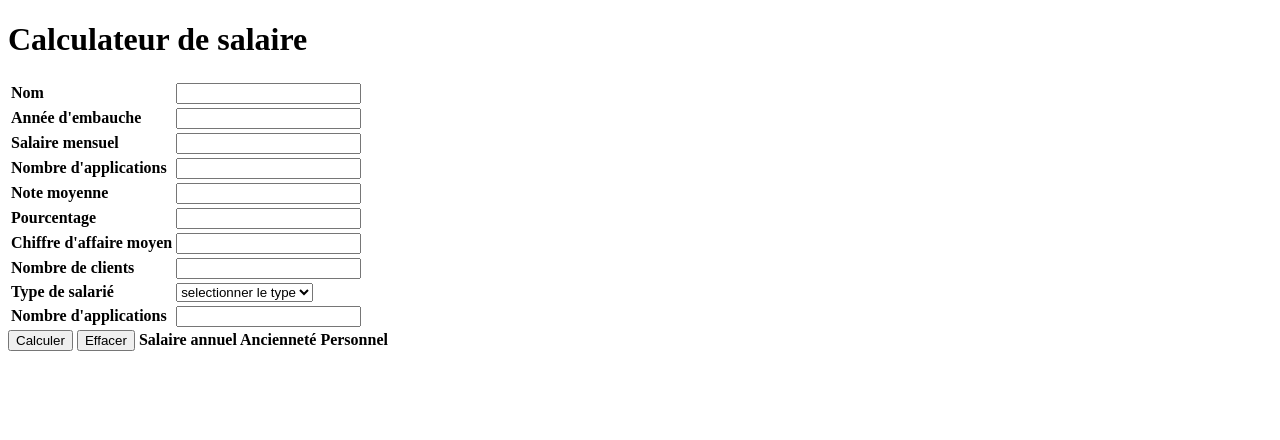
Repository: AgatheLM/formation_js
Page: insee-travaux-js/insee-client-js/tp2.html
These files come from the project's save history. The page is drawn as it stood at one moment and after the next save; the edit follows.
The browser window is 1280 px wide. The pictures show the whole page.

Above is the page before, as saved 2018-01-25 10:15:06.

### insee-travaux-js/insee-client-js/tp2.html
<!DOCTYPE html>
<html>
<head>
	<meta charset="utf-8">
	<meta http-equiv="X-UA-Compatible" content="IE=edge">
	<title>TP 2</title>
	<script type="text/javascript" src="scripts/TP2/classe.js"></script>
</head>

<body>
<h1> Calculateur de salaire</h1>
<form>
	<table>
		<tbody>
			<tr>
				<td> <label for="nom"> <strong> Nom </strong> </label></td>
				<td> <input type="text" id="nom" name="nom" value=""> </td>
			</tr>
			<tr>
				<td> <label for="anEmbauche"> <strong> Année d'embauche </strong> </label></td>
				<td> <input type="text" id="anEmbauche" name="anEmbauche" value=""> </td>
			</tr>
			<tr>
				<td> <label for="salaireM"> <strong> Salaire mensuel </strong> </label></td>
				<td> <input type="text" id="salaireM" name="salaireM" value=""> </td>
			</tr>
			<tr>
				<td> <label for="nbAppli"> <strong> Nombre d'applications </strong> </label></td>
				<td> <input type="text" id="nbAppli" name="nbAppli" value=""> </td>
			</tr>
			<tr>
				<td> <label for="note"> <strong> Note moyenne </strong> </label></td>
				<td> <input type="text" id="note" name="note" value=""> </td>
			</tr>
			<tr>
				<td> <label for="pourcent"> <strong> Pourcentage </strong> </label></td>
				<td> <input type="text" id="pourcent" name="pourcent" value=""> </td>
			</tr>
			<tr>
				<td> <label for="caMoy"> <strong> Chiffre d'affaire moyen </strong> </label></td>
				<td> <input type="text" id="caMoy" name="caMoy" value=""> </td>
			</tr>
			<tr>
				<td> <label for="nbClient"> <strong> Nombre de clients </strong> </label></td>
				<td> <input type="text" id="nbClient" name="nbClient" value=""> </td>
			</tr>
			<tr>
				<td> <label for="typeSalarie"> <strong>Type de salarié </strong> </label></td>
				<td><select name="typeSalarie" id="typeSalarie">
							<option value="none">selectionner le type</option>
							<option value="dev">Developpeur</option>
							<option value="com">Commercial</option>
					</select></td>
			</tr>
			<tr>
				<td> <label for="nbAppli"> <strong> Nombre d'applications </strong> </label></td>
				<td> <input type="text" id="nbAppli" name="nbAppli" value=""> </td>
			</tr>
		</tbody>
	</table>
	<input type="button" value="Calculer" onClick="calculer()">
	<input type="reset" value="Effacer" onClick="effacer()">
	<label for="salAn"> <strong> Salaire annuel </strong> </label>
	<label id="salAn" name="salAn">  </label>
	<label for="anciennete"> <strong> Ancienneté </strong> </label>
	<label id="anciennete" name="anciennete"> </label>
	<label for="persoString"> <strong> Personnel </strong> </label>
	<label id="persoString" name="persoString"> </label>

</form>
</body>

### insee-travaux-js/insee-client-js/scripts/TP2/classe.js
/*******************************************************************************
 * Personnel *
 ******************************************************************************/

function Personnel(nom, anEmbauche, salaireM) {
	// Attributs
	this.nom = nom;
	this.anEmbauche = anEmbauche;
	this.salaireM = salaireM;
}

//Méthodes
Personnel.prototype.getSalaireA = function() {
	return 12 * this.salaireM;
}
Personnel.prototype.getAnciennete = function() {
	var today=new Date();
	var anneeEnCours = today.getFullYear();
	return anneeEnCours-anAmbauche;
}

/*******************************************************************************
 * Developpeur *
 ******************************************************************************/

function Developpeur(nom, anEmbauche, salaireM, nbApp, note) {
	// Attributs parents
	Personnel.call(this, nom, anEmbauche, salaireM);
	// Attributs propres
	this.nbApp = nbApp;
	this.note = note;
}

/*******************************************************************************
 * Commercial *
 ******************************************************************************/

function Commercial(nom, anEmbauche, salaireM, nbClient, caMoy) {
	// Attributs parents
	Personnel.call(this, nom, anEmbauche, salaireM);
	// Attributs propres
	this.nbClient = nbClient;
	this.caMoy = caMoy;
}

//Méthodes
/**On instancie le fait que commercial est une instance de personnel pour pouvoire hériter des méthodes*/
Commercial.prototype= new Personnel();
Commercial.prototype.getSalaireA = function(pourcentage){
	var salaireA = this.constructor.prototype.getSalaireA.call(this);
	return salaireA + (this.caMoy*pourcentage/100);
}

After the next save:
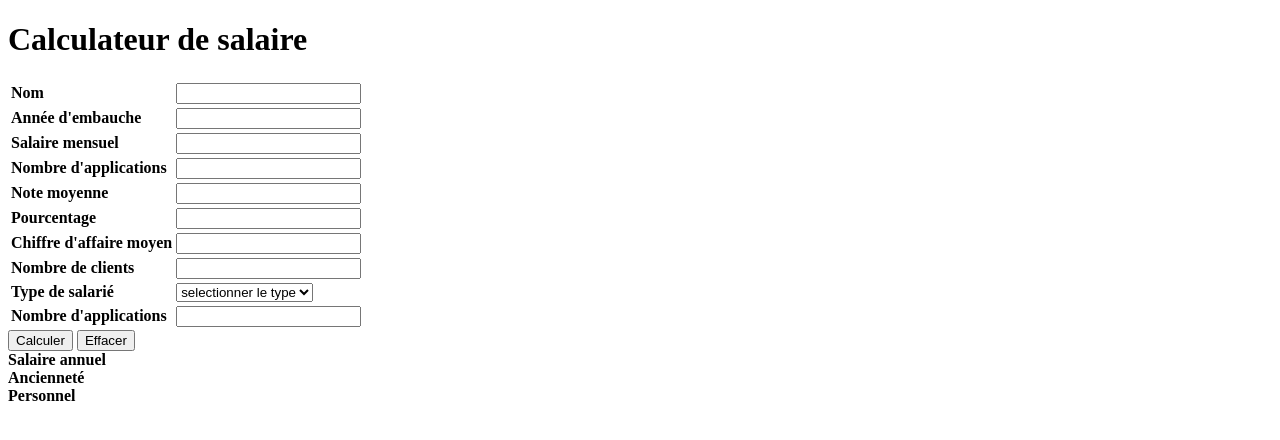
Saved 27 s later.
--- a/insee-travaux-js/insee-client-js/tp2.html
+++ b/insee-travaux-js/insee-client-js/tp2.html
@@ -59,13 +59,13 @@
 		</tbody>
 	</table>
 	<input type="button" value="Calculer" onClick="calculer()">
-	<input type="reset" value="Effacer" onClick="effacer()">
+	<input type="reset" value="Effacer" onClick="effacer()"><br>
 	<label for="salAn"> <strong> Salaire annuel </strong> </label>
-	<label id="salAn" name="salAn">  </label>
+	<label id="salAn" name="salAn">  </label><br>
 	<label for="anciennete"> <strong> Ancienneté </strong> </label>
-	<label id="anciennete" name="anciennete"> </label>
+	<label id="anciennete" name="anciennete"> </label><br>
 	<label for="persoString"> <strong> Personnel </strong> </label>
-	<label id="persoString" name="persoString"> </label>
+	<label id="persoString" name="persoString"> </label><br>
 
 </form>
 </body>
